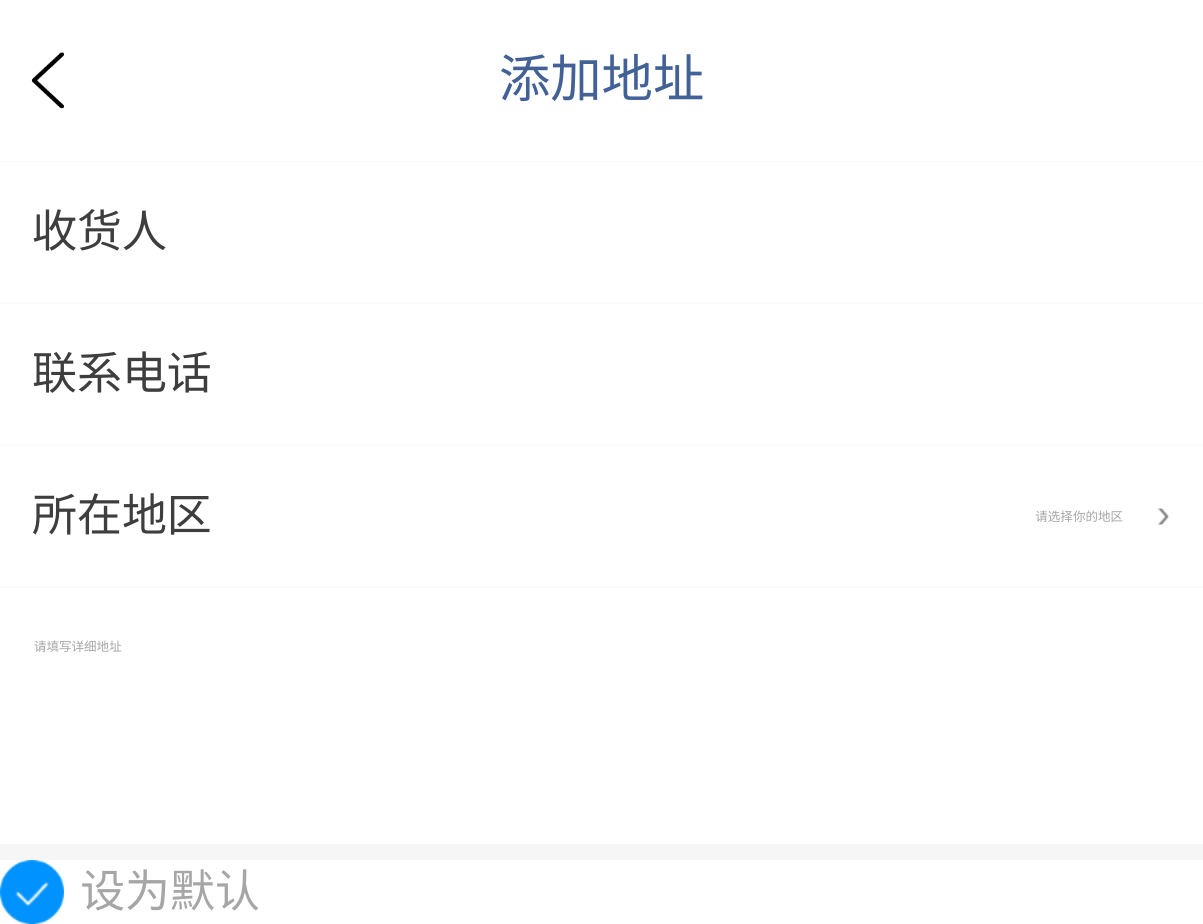
Repository: 421538074/sell
Page: consumer/manage-address.html
An editor plug-in stored every save of this project. The page is shown before and after the next save, followed by the edit.
The browser window is 1280 px wide. The pictures show the whole page, at 94% of full size.

Above is the page before, as saved 2019-06-03 16:19:44.

After the next save:
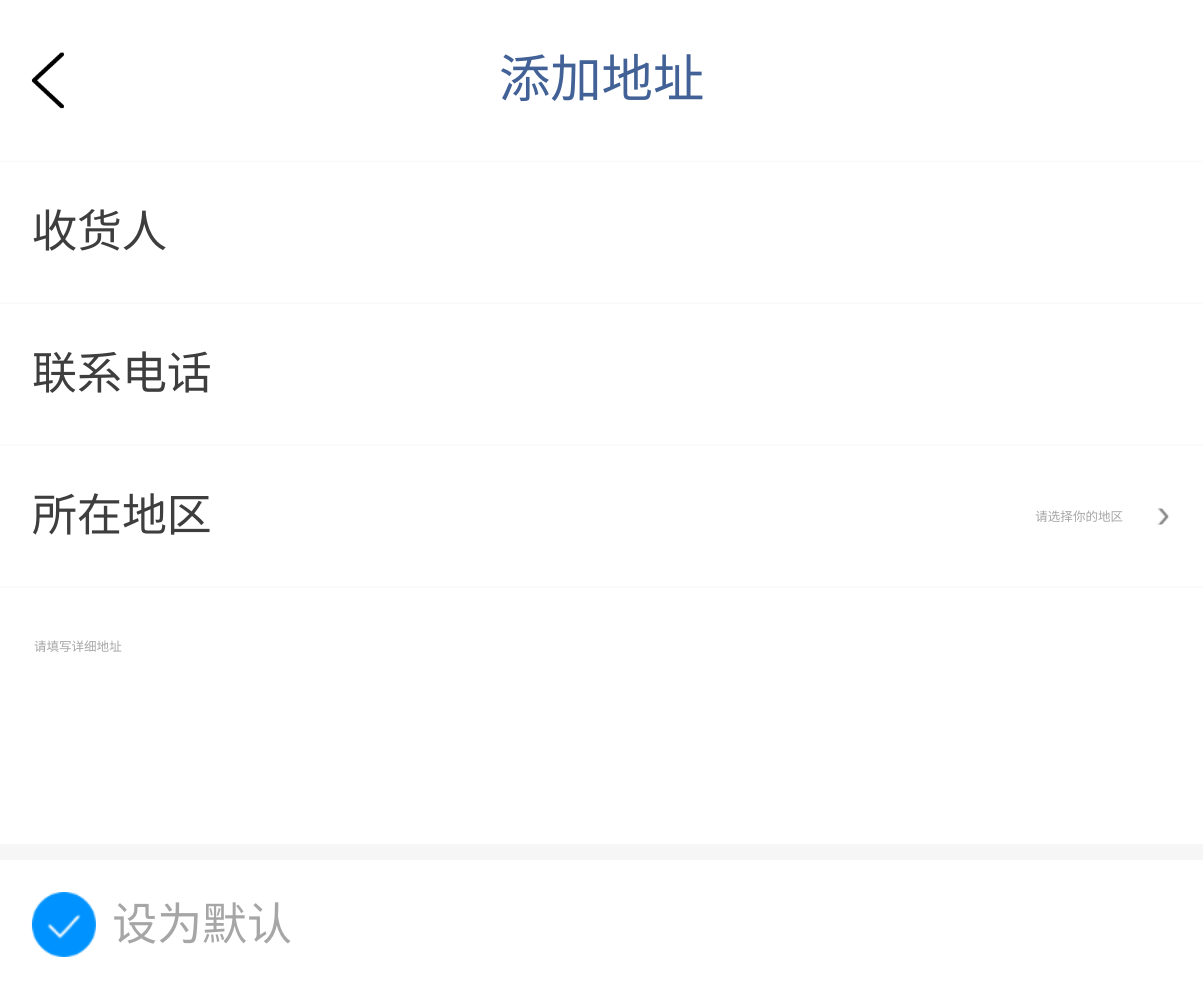
Saved 58 s later.
--- a/consumer/css/manage-address.css
+++ b/consumer/css/manage-address.css
@@ -53,3 +53,10 @@ span.set-default-title {
     font-size: 1.4rem;
     margin-left: 0.5rem;
 }
+p.set-default-adderss {
+    background: #FFFFFF;
+    margin-top: 0.5rem;
+    display: flex;
+    align-items: center;
+    padding: 1rem;
+}
